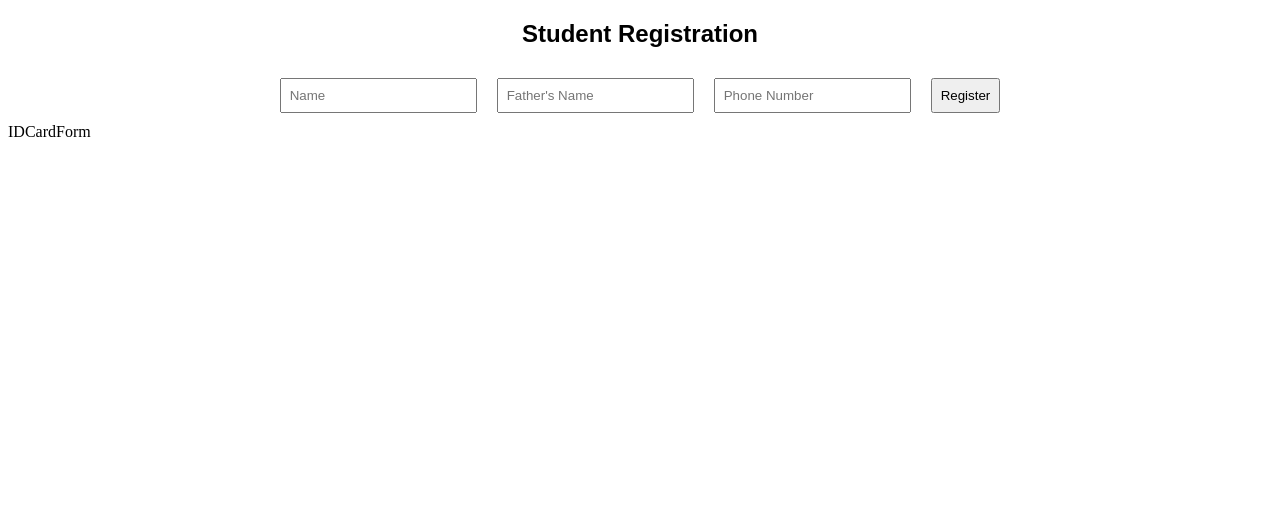
Repository: pripriya09/StudentID-Card-Download
Page: / (app in frontend/)
The author's editor kept a copy of each file at every save. The page is drawn from the files as they stood at one save, then again after a run of saves.
The browser window is 1280 px wide. The pictures show the whole page.
The project was rebuilt for these pictures with package versions that can differ from the ones it lists, and the page was loaded fresh each time. Also part of the build but not shown: frontend/vite.config.js.

Above is the page before, as saved 2025-01-07 11:05:04.

### frontend/src/main.jsx
import React from 'react'
import ReactDOM from 'react-dom/client'
// import App from './App'
// import './index.css'
import Form from './Form.jsx'

ReactDOM.createRoot(document.getElementById('root')).render(
  <React.StrictMode>
    {/* <App /> */}
    <Form/>
    IDCardForm
  </React.StrictMode>,
)

### frontend/src/Form.jsx
import React, { useState } from "react";
import axios from "axios";
import "./App.css"
import jsPDF from "jspdf";
const Form = () => {
  const [formData, setFormData] = useState({
    name: "",
    fatherName: "",
    phoneNumber: "",
  });
  const [registrationNumber, setRegistrationNumber] = useState("");
  const [studentData, setStudentData] = useState(null);


  const handleSubmit = async (e) => {
    e.preventDefault();

    try {

      const response = await axios.post("http://localhost:6009/api/students", formData);
      const result = response.data;


      setStudentData({
        ...formData,
        registrationNumber: result.registrationNumber,
      });


      setFormData({
        name: "",
        fatherName: "",
        phoneNumber: "",
      });
    } catch (error) {
      console.error("Error sending data:", error);
    }
  };

  const handleChange = (e) => {
    setFormData({ ...formData, [e.target.name]: e.target.value });
  };


//   const handleSearch = async (e) => {
//     e.preventDefault();

//     try {
//       const response = await axios.get(`http://localhost:6009/api/students/${registrationNumber}`);
//       const result = response.data;


//       if (result) {
//         setStudentData(result);
//       } else {
//         alert("Student not found!");
//       }

//       setRegistrationNumber("");
//     } catch (error) {
//       console.error("Error fetching data:", error);
//     }
//   };

//  const handleDownload = () => {
//     if (studentData) {
//       const fileData = JSON.stringify(studentData, null, 2);
//       const blob = new Blob([fileData], { type: "application/json" });
//       const link = document.createElement("a");
//       link.href = URL.createObjectURL(blob);
//       link.download = `${studentData.registrationNumber}_ID_Card.json`; // Filename based on registration number
//       link.click();

//       setFormData({
//         name: "",
//         fatherName: "",
//         phoneNumber: "",
//       });
//       setStudentData(null);
//     }
//   };

  const handleDownloadtext = () => {
    if (studentData) {

      const fileData = `
        Name: ${studentData.name}
        Father's Name: ${studentData.fatherName}
        Phone Number: ${studentData.phoneNumber}
        Registration Number: ${studentData.registrationNumber}`;
      const blob = new Blob([fileData], { type: "text/plain" });

      const link = document.createElement("a");
      link.href = URL.createObjectURL(blob);
      link.download = `${studentData.registrationNumber}_ID_Card.txt`;
      link.click();

      setFormData({
        name: "",
        fatherName: "",
        phoneNumber: "",
      });
      setStudentData(null);
    }
  };


  function handleDownloadPDF() {
    if (studentData) {
      let PDFdocument = new jsPDF();
      const studentInfo = `
        Student ID Card
        Name: ${studentData.name}
        Father's Name: ${studentData.fatherName}
        Phone: ${studentData.phoneNumber}
        Registration Number: ${studentData.registrationNumber}
      `;

      PDFdocument.text(studentInfo, 10, 10);
      PDFdocument.save(`${studentData.registrationNumber}_ID_Card.pdf`);
      PDFdocument = null;
    }
  }

  return (
    <div className="App">
      <h2>Student Registration</h2>


      <form onSubmit={handleSubmit}>
        <input
          type="text"
          name="name"
          placeholder="Name"
          value={formData.name}
          onChange={handleChange}
          required
        />
        <input
          type="text"
          name="fatherName"
          placeholder="Father's Name"
          value={formData.fatherName}
          onChange={handleChange}
          required
        />
        <input
          type="tel"
          name="phoneNumber"
          placeholder="Phone Number"
          value={formData.phoneNumber}
          onChange={handleChange}
          required
        />
        <button type="submit">Register</button>
      </form>


      {/* <h2>Search by Registration Number</h2>
      <form onSubmit={handleSearch}>
        <input
          type="text"
          placeholder="Enter Registration Number"
          value={registrationNumber}
          onChange={(e) => setRegistrationNumber(e.target.value)}
          required
        />
        <button type="submit">Search</button>
      </form> */}
{/* --------------------------------------------------display data -->> */}
      {studentData && (
        <div className="id-card">
          <h3>ID Card</h3>
          <p>Name: {studentData.name}</p>
          <p>Father's Name: {studentData.fatherName}</p>
          <p>Phone Number: {studentData.phoneNumber}</p>
          <p>Registration Number: {studentData.registrationNumber}</p>
          {/* <button onClick={handleDownload}>Download ID Card</button> */}
           <button onClick={handleDownloadtext}>Download Card In txtfile</button>
           <button onClick={handleDownloadPDF}>Download Card In PDF</button>
        </div>
      )}
    </div>
  );
};

export default Form;

### frontend/src/App.css
.App {
  text-align: center;
  font-family: Arial, sans-serif;
}

form input, form button {
  margin: 10px;
  padding: 8px;
}

.id-card {
  border: 1px solid #ccc;
  padding: 15px;
  width: 300px;
  margin: 20px auto;
}

### frontend/src/copy form/IDCardForm.jsx
import React, { useState } from "react";
import axios from "axios";
import "./style.css";
import jsPDF from "jspdf";

const IDCardForm = () => {
  const [formData, setFormData] = useState({
    name: "",
    fatherName: "",
    phoneNumber: "",
  });
  const [studentData, setStudentData] = useState(null);

  const handleSubmit = async (e) => {
    e.preventDefault();

    try {
      const response = await axios.post(
        "http://localhost:6009/api/students",
        formData
      );
      const result = response.data;

      setStudentData({
        ...formData,
        registrationNumber: result.registrationNumber,
      });

      setFormData({
        name: "",
        fatherName: "",
        phoneNumber: "",
      });
    } catch (error) {
      console.error("Error sending data:", error);
    }
  };

  const handleChange = (e) => {
    setFormData({ ...formData, [e.target.name]: e.target.value });
  };

  const handleDownloadText = () => {
    if (studentData) {
      const fileData = `
        Name: ${studentData.name}
        Father's Name: ${studentData.fatherName}
        Phone Number: ${studentData.phoneNumber}
        Registration Number: ${studentData.registrationNumber}`;
      const blob = new Blob([fileData], { type: "text/plain" });

      const link = document.createElement("a");
      link.href = URL.createObjectURL(blob);
      link.download = `${studentData.registrationNumber}_ID_Card.txt`;
      link.click();
    }
  };

  const handleDownloadPDF = () => {
    if (studentData) {
      const pdf = new jsPDF();
      const studentInfo = `
        Student ID Card
        Name: ${studentData.name}
        Father's Name: ${studentData.fatherName}
        Phone: ${studentData.phoneNumber}
        Registration Number: ${studentData.registrationNumber}`;

      pdf.text(studentInfo, 10, 10);
      pdf.save(`${studentData.registrationNumber}_ID_Card.pdf`);
    }
  };

  return (
    <div className="App">
      <h2>Student Registration</h2>

      <form onSubmit={handleSubmit}>
        <input
          type="text"
          name="name"
          placeholder="Name"
          value={formData.name}
          onChange={handleChange}
          required
        />
        <input
          type="text"
          name="fatherName"
          placeholder="Father's Name"
          value={formData.fatherName}
          onChange={handleChange}
          required
        />
        <input
          type="tel"
          name="phoneNumber"
          placeholder="Phone Number"
          value={formData.phoneNumber}
          onChange={handleChange}
          required
        />
        <button type="submit">Register</button>
      </form>

      {studentData && (
        <div className="student_id">
          <div className="top_section">
            <div className="profile_photo">
              <img
                src="https://upload.wikimedia.org/wikipedia/commons/thumb/a/af/Arnold_Schwarzenegger_by_Gage_Skidmore_4.jpg/220px-Arnold_Schwarzenegger_by_Gage_Skidmore_4.jpg"
                alt="Profile Photo"
              />
            </div>
            <div className="student_name">
              <ul className="student_info">
                <li className="name">Name: {studentData.name}</li>
                <li className="name">
                  Father's Name: {studentData.fatherName}
                </li>
              </ul>
            </div>
          </div>

          <div className="bottom_section">
            <div className="student_details">
              <ul>
                <li>
                  <span className="bold">ID:</span>{" "}
                  {studentData.registrationNumber}
                </li>
              </ul>
            </div>
          </div>
        </div>
      )}
      <div className="buttons">
        <button onClick={handleDownloadText}>Download Card as Text File</button>
        <button onClick={handleDownloadPDF}>Download Card as PDF</button>
      </div>
    </div>
  );
};

export default IDCardForm;

### frontend/src/copy form/style.css
.App {
    text-align: center;
    font-family: Arial, sans-serif;
  }

  form input, form button {
    margin: 10px;
    padding: 8px;
  }
  /*
  .id-card {
    border: 1px solid #ccc;
    padding: 15px;
    width: 300px;
    margin: 20px auto;
  } */


  body {
    font-family: Verdana, sans-serif;
    display: flex;
    justify-content: center;
    align-items: center;
    height: 100vh;
    margin: 0;
  }


  .student_id {
    width: 520px;
    background-color: #fff;
    border-radius: 25px;
    overflow: hidden;
    margin: 20px auto;
    box-shadow: 1px 0px 0px #a9a39e, 0px 1px 0px #a9a39e,
                2px 1px 0px #a9a39e, 1px 2px 0px #a9a39e,
                3px 2px 0px #958b83, 2px 3px 0px #958b83,
                4px 3px 0px #93867c, 3px 4px 0px #93867c,
                5px 4px 0px #93867c, 4px 5px 0px #93867c;
  }


  .top_section {
    display: flex;
    padding: 30px;
    background: linear-gradient(to right, #e84610, #ffffff);
    color: white;
  }

  .profile_photo {
    flex-shrink: 0;
  }

  .profile_photo img {
    width: 125px;
    height: 125px;
    border-radius: 50%;
    border: 2px solid #fff;
    object-fit: cover;
  }

  .student_name {
    margin-left: 20px;
    display: flex;
    flex-direction: column;
    justify-content: center;
  }

  .student_info {
    list-style: none;
    padding: 0;
    margin: 0;
  }

  .student_info .name {
    font-size: 1.5em;
    font-weight: bold;
  }
  .student_info .age {
    font-size: 1.1em;
    margin-top: 5px;
  }
  .bottom_section {
    padding: 30px;
  }

  .student_details {
    margin-top: 10px;
  }

  .student_details ul {
    list-style: none;
    padding: 0;
    margin: 0;
  }

  .student_details li {
    margin-bottom: 10px;
    font-size: 1.1em;
    color: #555;
  }

  span {
    font-weight: bold;
  }

Loaded but not shown: frontend/index.html (common file)

After the next 4 saves:
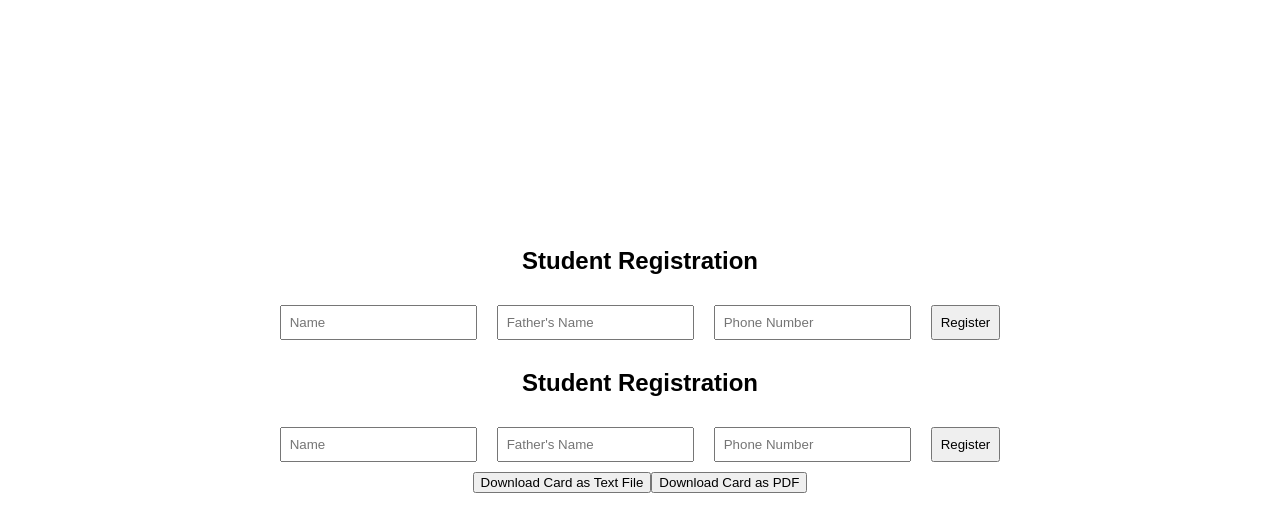
The 4 saves are shown as one change because 2 did not build or start and some came seconds apart.
The last was saved 30 s later.
--- a/frontend/src/main.jsx
+++ b/frontend/src/main.jsx
@@ -3,11 +3,12 @@ import ReactDOM from 'react-dom/client'
 // import App from './App'
 // import './index.css'
 import Form from './Form.jsx'
+import IDCardForm from './copy form/IDCardForm.jsx'
 
 ReactDOM.createRoot(document.getElementById('root')).render(
   <React.StrictMode>
     {/* <App /> */}
     <Form/>
-    IDCardForm
+    <IDCardForm/>
   </React.StrictMode>,
 )
